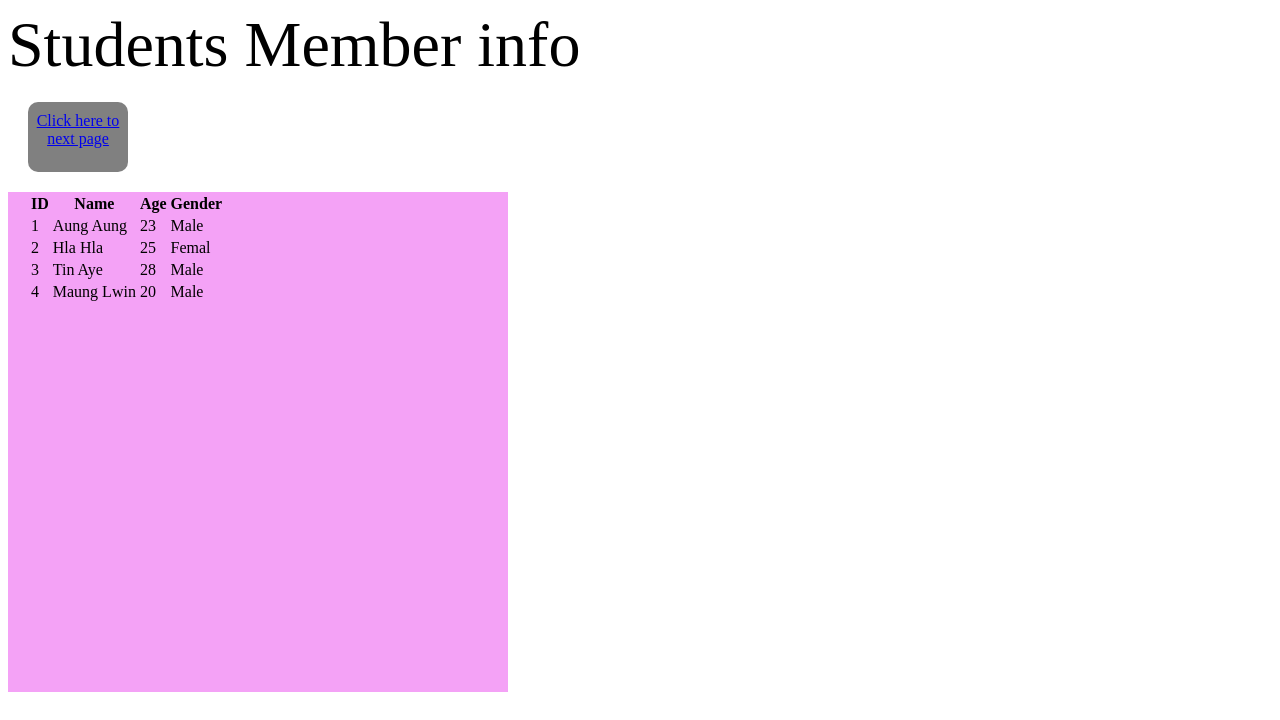
Repository: ThantLwinSoe/Servlet
Page: 01-Communication/src/main/webapp/index.html
These files come from the project's save history. The page is drawn as it stood at one moment and after the next save; the edit follows.
The browser window is 1280 px wide. The pictures show the whole page.

Above is the page before, as saved 2023-02-07 02:49:12.

After the next save:
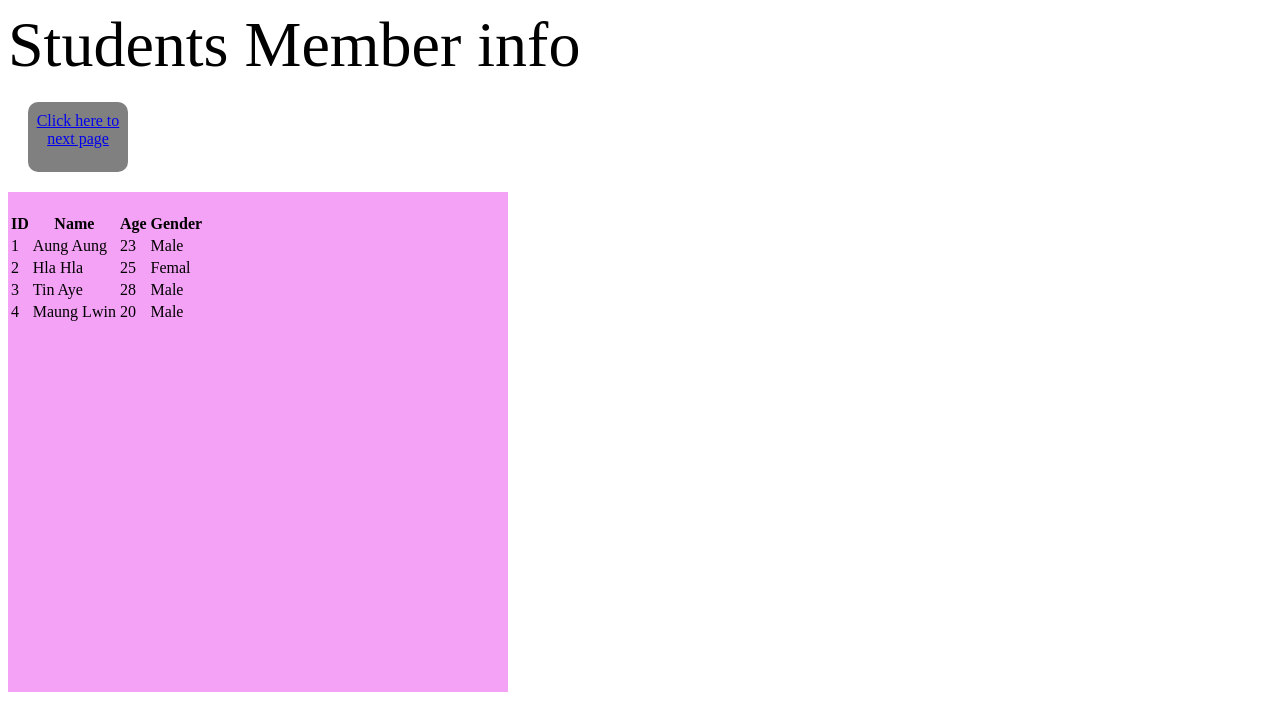
Saved 18 s later.
--- a/01-Communication/src/main/webapp/index.html
+++ b/01-Communication/src/main/webapp/index.html
@@ -23,7 +23,7 @@ h {
 	background: #F4A2F6;
 }
 .table_one {
-	margin: 20px;
+	padding-top: 20px;
 }
 </style>
 <title>Servlet Communication</title>
